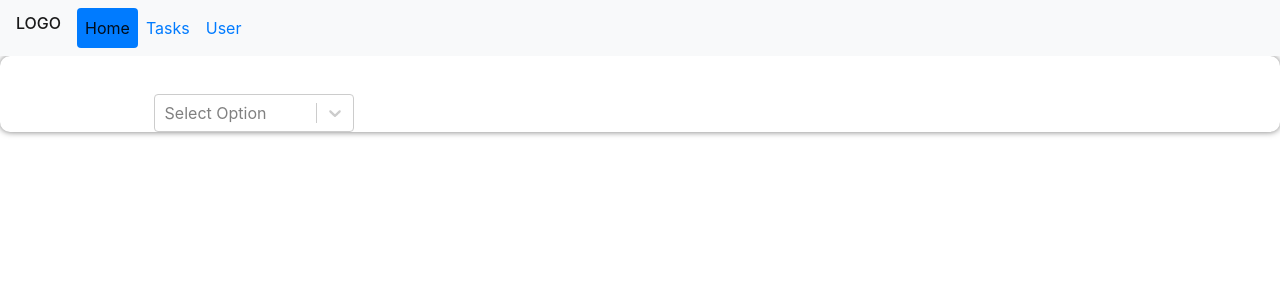
Repository: lalji-yadav/Nimapinfotech-demo-project
Page: /
The author's editor kept a copy of each file at every save. The page is drawn from the files as they stood at one save, then again after the next save.
The browser window is 1280 px wide. The pictures show the whole page.
The project was rebuilt for these pictures with package versions that can differ from the ones it lists, and the page was loaded fresh each time. Also part of the build but not shown: src/components/Tasks.js, src/components/Users.js, src/components/Login.js.

Above is the page before, as saved 2021-01-18 11:49:59.

### src/App.js
// import './App.css';
import Navbar from "./components/Navbars";
import Login from "./components/Login";


function App() {
  return (
    <div>

    {/* <Login /> */}
    <Navbar />
    </div>
  );
}

export default App;

### src/components/Navbars.js
import React from 'react';
import { Navbar,Nav,NavDropdown,Form,FormControl ,Button } from 'react-bootstrap';
import {
  BrowserRouter as Router,
  Switch,
  Route,
  Link
} from "react-router-dom";

import Home from "./Home";
import Tasks from "./Tasks";
import User from "./Users";
import Login from "./Login";


const Navbars=()=> {
        return (
            <div>

              <Router>
                  <Navbar bg="light" expand="lg">
                      <Navbar.Brand> <h6>LOGO</h6></Navbar.Brand>
                      <Navbar.Toggle aria-controls="basic-navbar-nav" />
                      <Navbar.Collapse id="basic-navbar-nav">
                      <Nav variant="pills" defaultActiveKey="/">
                        <Nav.Item>
                          <Nav.Link href="/">Home </Nav.Link>
                        </Nav.Item>
                        <Nav.Item>
                          <Nav.Link eventKey="link-1"> <Link to="/tasks"> Tasks </Link> </Nav.Link>
                        </Nav.Item>
                        <Nav.Item>
                          <Nav.Link eventKey="link-2">
                          <Link to="/user"> User </Link>
                          </Nav.Link>
                        </Nav.Item>
                      </Nav>
                      </Navbar.Collapse>
                    </Navbar>


                    <Switch>
                      <Route exact path="/" component={Home} />

                      <Route exact path="/user" component={User} />

                      <Route exact path="/tasks" component={Tasks} />

                      <Route exact path="/login" component={Login} />

                    </Switch>
             </Router>

            </div>
        );
    }

export default Navbars;

### src/components/Home.js
import React, { useState } from 'react';
import Select from 'react-select';

const Home=()=> {

    const data = [
        {
             value: 'Lorem Ipsum is simply dummy text of the printing and typesetting industry Lorem Ipsum has been the industrys standard dummy text ever since the 1500s when an unknown printer took a galley  type and scrambled it to make a type specimen book',
             label: 'Home'
        },
        {
            value: 'It is a long established fact that a reader will be distracted by the readable content of a page when looking at its layout. The point of using Lorem Ipsum is that it has a more-or-less normal distribution of letters, as opposed to using',
            label: 'Contact'
        },
        {
             value: 'It is a long established fact that a reader will be distracted by the readable content of a page when looking at its layout. The point of using Lorem Ipsum is that it has a more-or-less normal distribution of letters, as opposed to using Content here',
            label: 'About'
         },
        {
           value: 'There are many variations of passages of Lorem Ipsum available, but the majority have suffered alteration in some form, by injected humour, or randomised words which dont look even slightly believable If you are going to use a passage of Lorem Ipsum you need to be sure there isnt anything embarrassing hidden in the middle of text',
           label: 'Gallary'
        },
      ];

      const [select, setSelelct] = useState('')

      const handleChange = e => {
        setSelelct(e);
      }

        return (
            <div className="effect1" style={{padding:"3% 12% 0% 12%"}}>
                <div style={{width:"200px"}}>
                <Select
                    placeholder="Select Option"
                    value={select} // set selected value
                    options={data} // set list of the data
                    onChange={handleChange} // assign onChange function
                />
                </div>

                {select &&
                <div style={{ marginTop: 20, lineHeight: '25px' }}>
                    <b>Selected Option</b><br />
                    <div style={{ marginTop: 10, fontSize:"1.2vw"}}> {select.label}</div>
                    <div style=
                    {{ width:'60%',
                     border:'1px solid green',
                      marginTop: '3%',
                      fontSize:"1.2vw",
                      padding:'5%'}}>
                          {select.value}</div>
                </div>
                }

            </div>
        );
    }

export default Home;

### src/App.css
.scroll-tab {
    height: 55vh;
    margin: 3% 3% 5% 3%;
    overflow-y: scroll;
    border: "1px solid red";
}
::-webkit-scrollbar{
    width: 12px;
    height: 12px;
}
::-webkit-scrollbar-track {
    box-shadow: inset 0 0 10px #4A4A4A;
    border-radius: 10px;
    }

    ::-webkit-scrollbar-thumb {
    border-radius: 10px;
    background: #4A4A4A;
}

.effect1{
        box-shadow: 0px 0px 6px #777;
        border-radius: 10px;
}

Loaded but not shown: public/index.html (common file); src/index.js (common file); src/index.css (common file); src/reportWebVitals.js (common file)

After the next save:
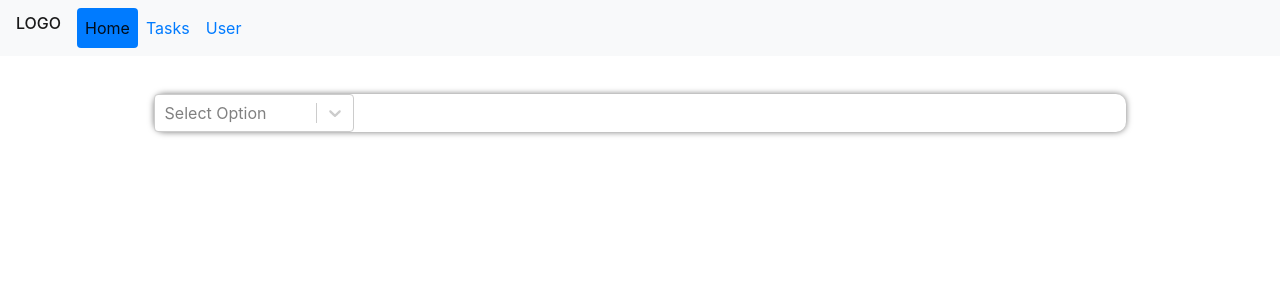
Saved 21 s later.
--- a/src/components/Home.js
+++ b/src/components/Home.js
@@ -29,7 +29,7 @@ const Home=()=> {
       }
 
         return (
-            <div className="effect1" style={{padding:"3% 12% 0% 12%"}}>
+            <div className="effect1" style={{margin:"3% 12% 0% 12%"}}>
                 <div style={{width:"200px"}}>
                 <Select
                     placeholder="Select Option"
